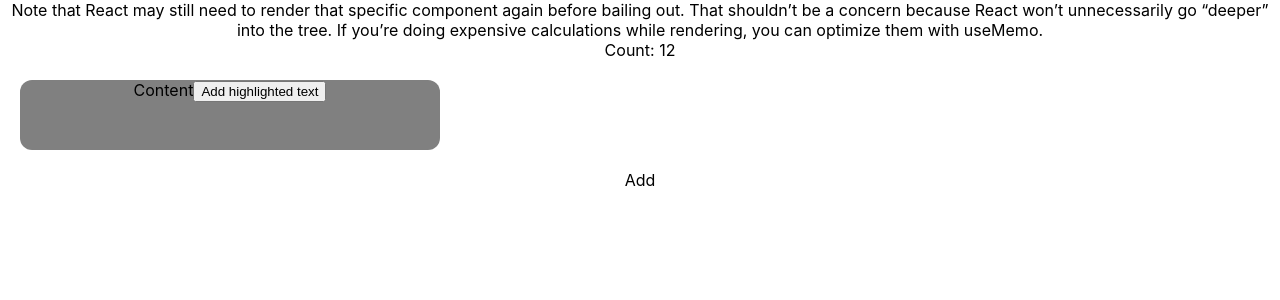
Repository: Farbod29/React-text-highlighter-with-hook-
Page: /
These files come from the project's save history. The page is drawn as it stood at one moment and after the next save; the edit follows.
The browser window is 1280 px wide. The pictures show the whole page.
The project was rebuilt for these pictures with package versions that can differ from the ones it lists, and the page was loaded fresh each time.

Above is the page before, as saved 2022-02-18 21:10:08.

### src/App.js
import './App.css';
import Highlighter from './highlighter';
function App() {
  return (
    <div className="App">
      <Highlighter />
    </div>
  );
}

export default App;

### src/highlighter.js
import React, { useEffect, useState } from 'react';

export default function Highlighter() {
  let doit = () => {
    document.onmouseup = () => {
      console.log(window.getSelection().toString());
    };
  };
  const [count, setCount] = useState(12);
  return (
    <>
      <div>
        {' '}
        Note that React may still need to render that specific component again
        before bailing out. That shouldn’t be a concern because React won’t
        unnecessarily go “deeper” into the tree. If you’re doing expensive
        calculations while rendering, you can optimize them with useMemo.
      </div>
      Count: {count}
      {/* <button onClick={() => setCount((prevCount) => prevCount - 1)}>-</button> */}
      <div style={{ position: 'relative' }}>
        <div
          style={{
            padding: '0px 10px',
            height: '70px',
            width: '400px',
            margin: '20px',
            borderRadius: '12px',
            backgroundColor: 'gray',
            inline: true,
            fontColor: 'red',
            textAlign: 'center',
          }}
        >
          Content
          <button onClick={() => setCount(12)}> Add highlighted text </button>
        </div>
        Add {doit()}
      </div>
    </>
  );
}

Loaded but not shown: public/index.html (common file); src/index.js (common file); src/index.css (common file); src/reportWebVitals.js (common file); src/App.css (common file)

After the next save:
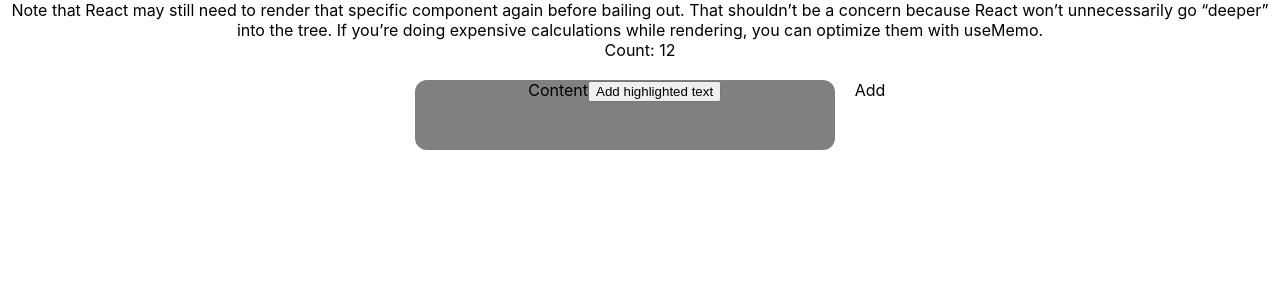
Saved 2 min 7 s later.
--- a/src/highlighter.js
+++ b/src/highlighter.js
@@ -30,6 +30,7 @@ export default function Highlighter() {
             inline: true,
             fontColor: 'red',
             textAlign: 'center',
+            display: 'inline-block',
           }}
         >
           Content
